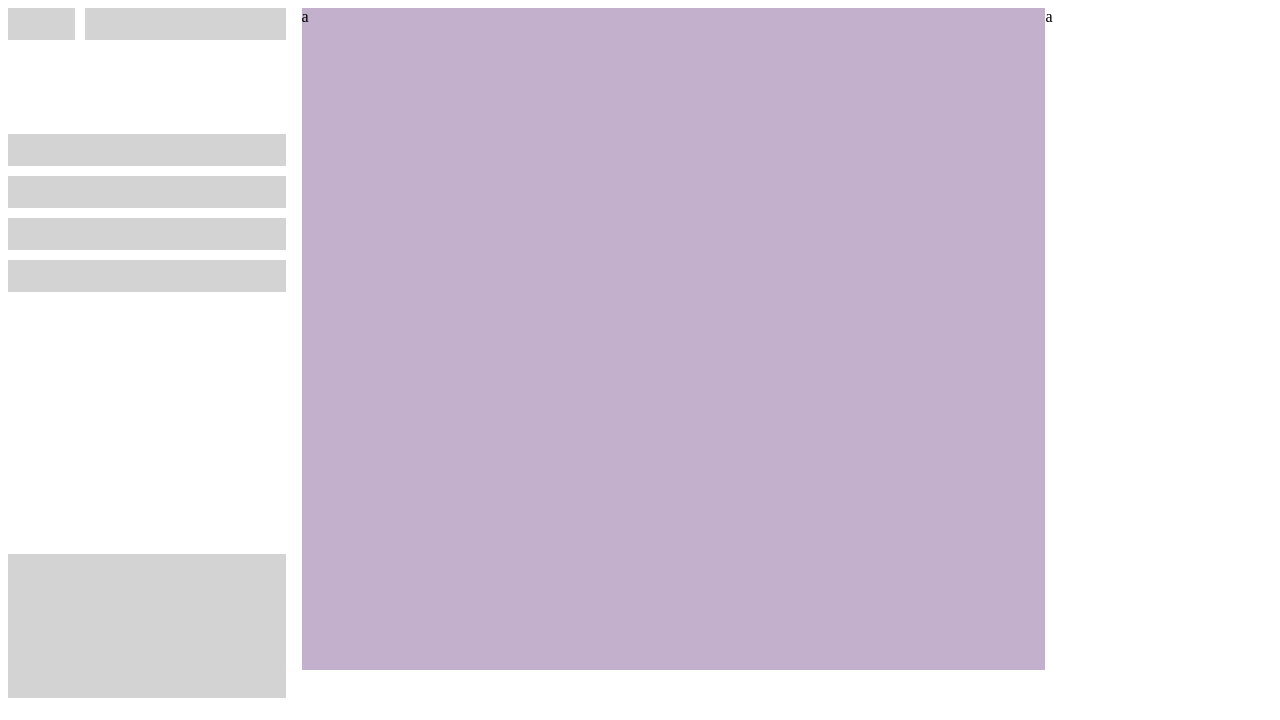
Repository: tr2cky/exercise2
Page: index.html
These files come from the project's save history. The page is drawn as it stood at one moment and after the next save; the edit follows.
The browser window is 1280 px wide. The pictures show the whole page.

Above is the page before, as saved 2022-10-01 11:52:43.

### index.html
<!DOCTYPE html>
<html lang="en">

<head>
    <meta charset="UTF-8">
    <meta http-equiv="X-UA-Compatible" content="IE=edge">
    <meta name="viewport" content="width=device-width, initial-scale=1.0">
    <link rel="stylesheet" href="style.css">
    <title>Document</title>
</head>

<body>
    <div class="container">
        <div class="side1">
        <div id="box1"></div>
        <div id="box2"></div>
        <div id="box3"></div>
        <div id="box4"></div>
        <div id="box5"></div>
        <div id="box6"></div>
        <div id="box7"></div>
        <div id="box8"></div>
        </div>
        <main>
            a
            <div id="boxa"></div>
            <div id="boxb"></div>
        </main>
        <div class="side2">
            a
        </div>
    </div>
</body>

</html>

### style.css
.container {
    display: flex;
    flex-direction: row;
    height: 92vh;
}
main {
    flex-grow: 3;
    background-color: rgb(195, 176, 205);
    display: grid;
    grid-template-columns: repeat(12, 1fr);
    grid-auto-rows: 1em;
}
.side1 {
    flex-grow: 1;
    display: grid;
    grid-template-columns: 1fr 3fr;
    grid-auto-rows: 2em;
    grid-gap: 10px;
    margin-right: 1em;
}
.side2 {
    flex-grow: 1;
}
.side1 div {
    background-color: lightgray;
}
#box1 {
    border: 1px solid lightgray;
    padding: 5px;
}
#box3{
    grid-column: 1/3;
    grid-row: 8;
    justify-self: start;
}
#box4{
    grid-column: 1/3;
    grid-row: 4;
}
#box5{
    grid-column: 1/3;
    grid-row: 5;
}
#box6{
    grid-column: 1/3;
    grid-row: 6;
}
#box7{
    grid-column: 1/3;
        grid-row: 7;
}
#box8 {
    grid-column: 1/3;
    grid-row: 14;
    height: 9em;
}
#boxa {
    grid-column: 1/7;
}
#boxb {
    grid-column: 12;
}

After the next save:
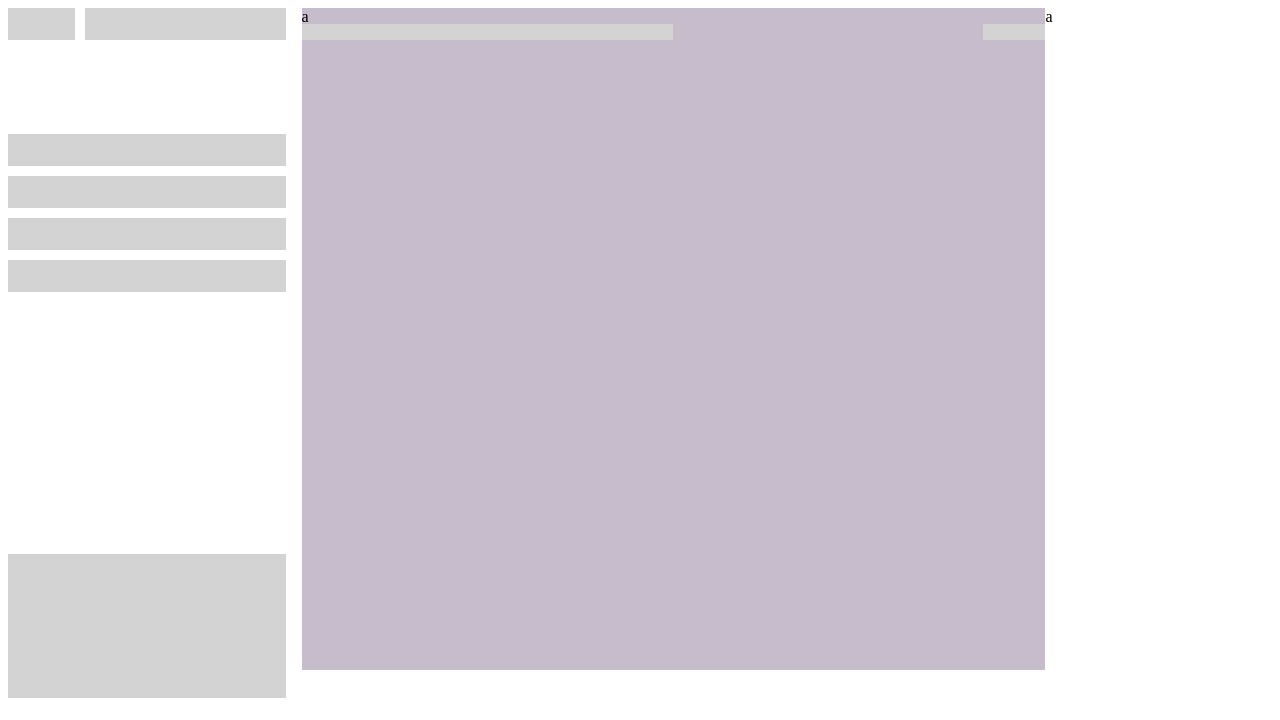
Saved 42 s later.
--- a/style.css
+++ b/style.css
@@ -5,7 +5,7 @@
 }
 main {
     flex-grow: 3;
-    background-color: rgb(195, 176, 205);
+    background-color: rgb(199, 188, 204);
     display: grid;
     grid-template-columns: repeat(12, 1fr);
     grid-auto-rows: 1em;
@@ -21,7 +21,7 @@ main {
 .side2 {
     flex-grow: 1;
 }
-.side1 div {
+.side1 div, main div, .side2 div {
     background-color: lightgray;
 }
 #box1 {
